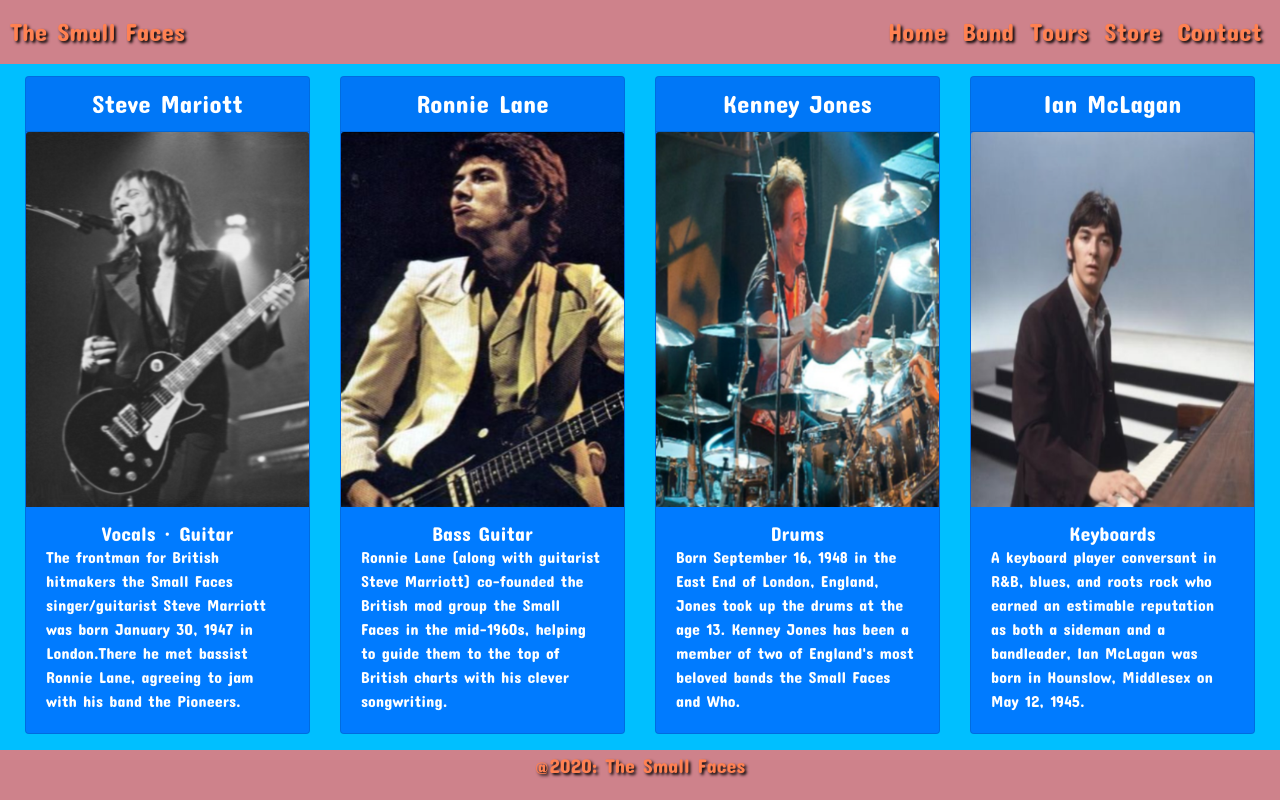
Repository: akshatnitd/User-Centric-FrontEnd-Milestone-Project
Page: band.html
The author's editor kept a record of every edit. The page is drawn from the files as they stood at one moment, then again after the next edit.
The browser window is 1280 px wide. The pictures show the whole page.
Some web libraries are served in a nearby version.

Above is the page before.

After the next edit:
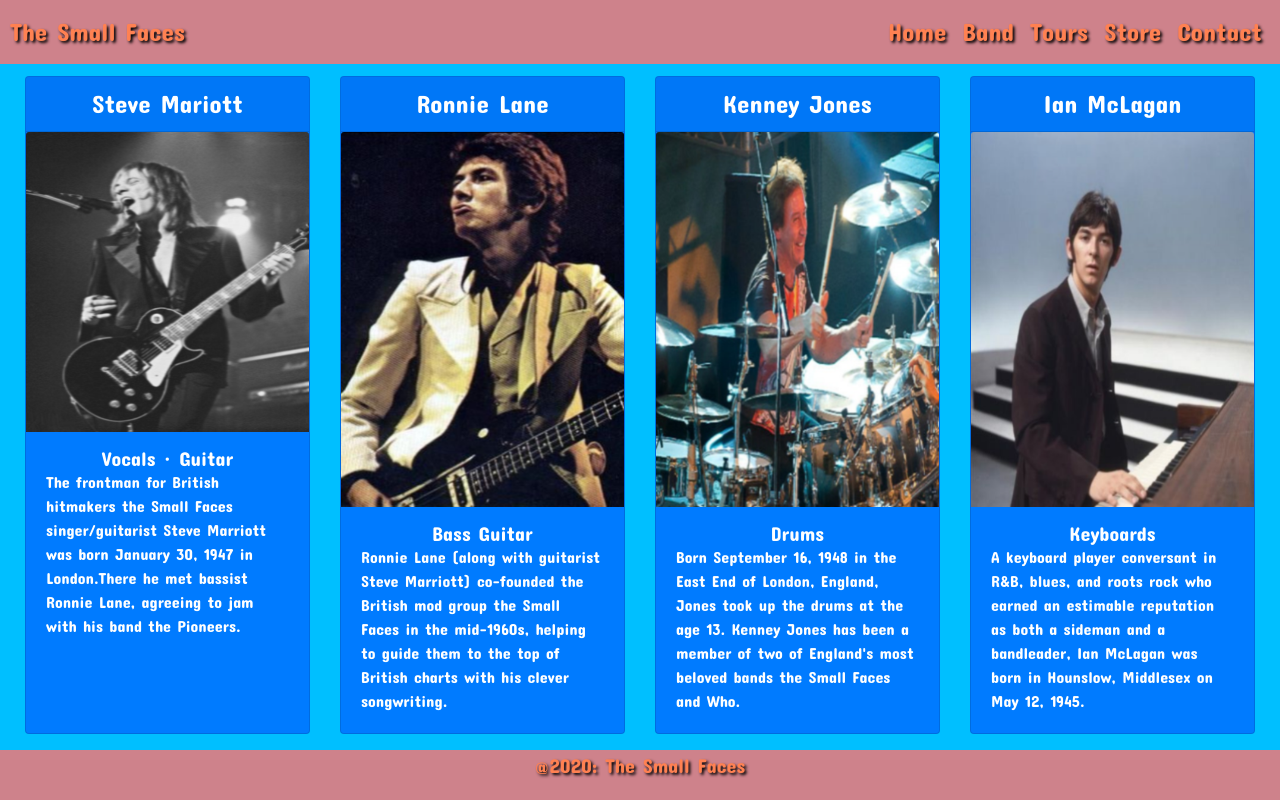
The edit:
--- a/band.html
+++ b/band.html
@@ -43,7 +43,7 @@
         <div class="card-deck">
           <div class="card text-white bg-primary mb-3">
             <h1 class="card-header">Steve Mariott</h1>
-            <img class="card-img-top" src="images/steve-marriott.jpg" alt="Card image cap">
+            <img class="card-img-top" src="images/steve-marriott.jpg" alt="Card image cap" height="300">
             <div class="card-body">
               <h5 class="card-subtitle">Vocals &#183; Guitar</h5>
               <p class="card-text">The frontman for British hitmakers the Small Faces
